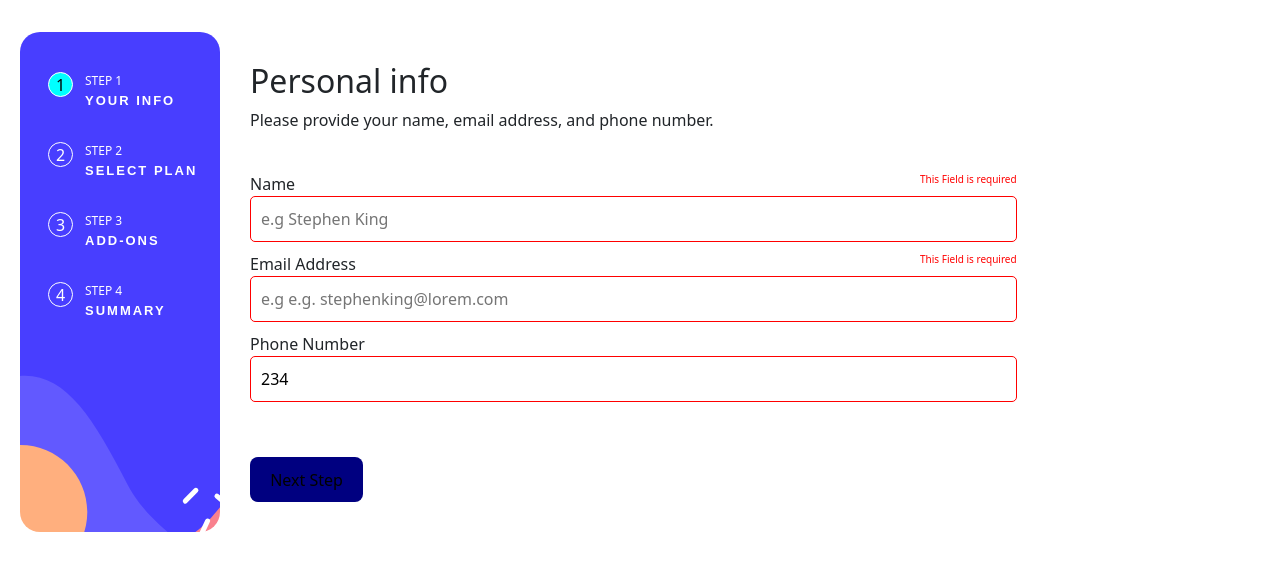
Repository: Celebration-cloud/Multi-Step-Form
Page: /
These files come from the project's save history. The page is drawn as it stood at one moment and after a run of saves; the edit follows.
The browser window is 1280 px wide. The pictures show the whole page.
The project was rebuilt for these pictures with package versions that can differ from the ones it lists, and the page was loaded fresh each time. Also part of the build but not shown: vite.config.js, src/GoBack.jsx.

Above is the page before, as saved 2023-11-01 14:14:00.

After the next 3 saves:
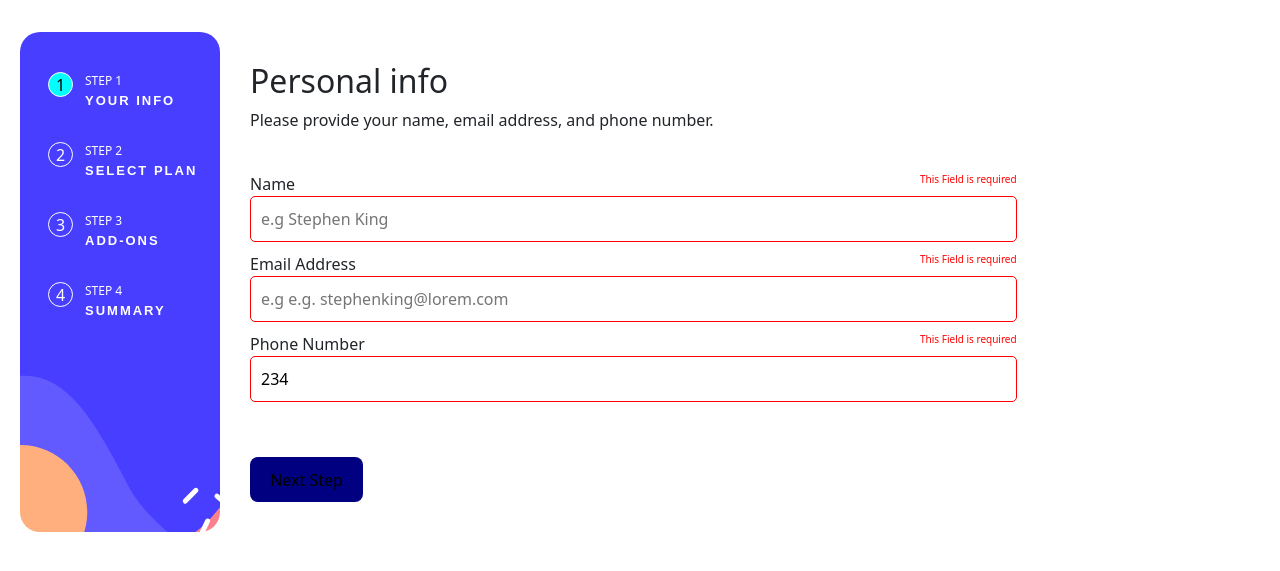
The 3 saves are shown as one change because they came seconds apart.
The last was saved 6 s later.
--- a/src/Procedures/ProceduresList.jsx
+++ b/src/Procedures/ProceduresList.jsx
@@ -94,7 +94,7 @@ function PersonalInfo({handleSubmit}) {
         <label className="inputs" htmlFor="phoneNumber">
           Phone Number
         </label>
-        {Number(personalData.phoneNumber).toString() <= 4 && (
+        {Number(personalData.phoneNumber).toString().length <= 4 && (
           <span style={{ color: "red", fontSize: 10 }}>
             This Field is required
           </span>
